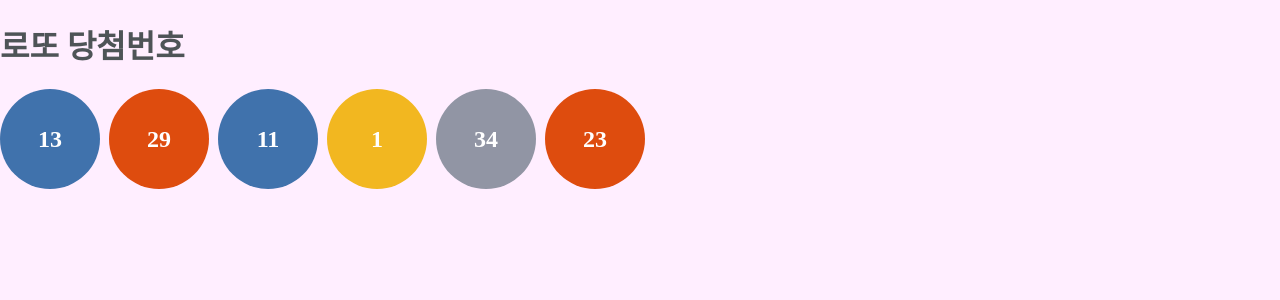
Repository: ssummini/Web
Page: JavaScript/src/main/webapp/practice/practice05.html
The author's editor kept a copy of each file at every save. The page is drawn from the files as they stood at one save, then again after the next save.
The browser window is 1280 px wide. The pictures show the whole page.

Above is the page before, as saved 2024-08-22 00:33:00.

After the next save:
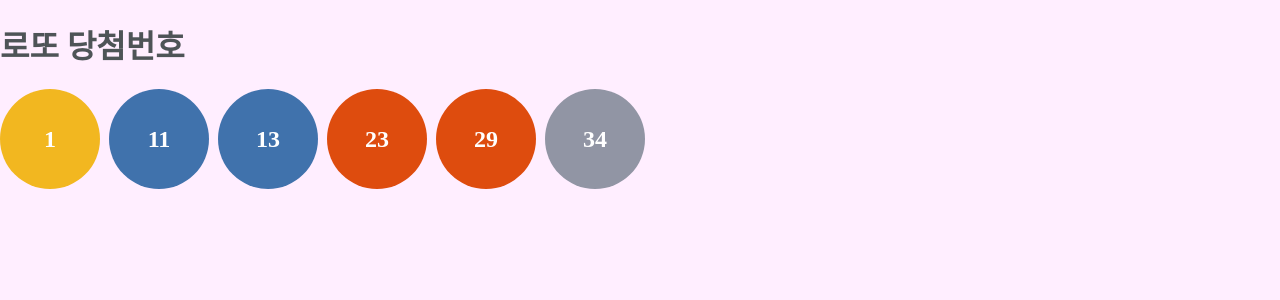
Saved 9 min 6 s later.
--- a/JavaScript/src/main/webapp/practice/practice05.html
+++ b/JavaScript/src/main/webapp/practice/practice05.html
@@ -64,6 +64,9 @@
 
 			lottoNumbers.push(number);
 		}
+		lottoNumbers.sort(function(a, b)  {
+			  return a - b;
+			});
 		return lottoNumbers;
 	}
 

After the 2 saves that followed:
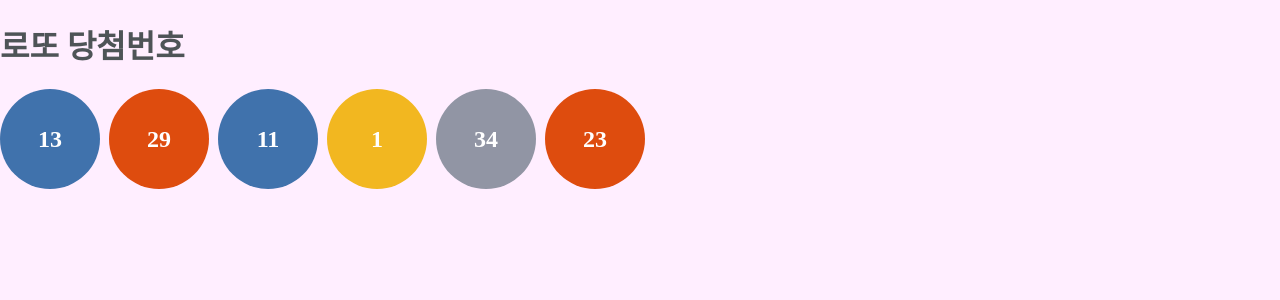
The 2 saves are shown as one change because 1 left the picture as it was.
The last was saved 4 min 30 s later.
--- a/JavaScript/src/main/webapp/practice/practice05.html
+++ b/JavaScript/src/main/webapp/practice/practice05.html
@@ -64,9 +64,11 @@
 
 			lottoNumbers.push(number);
 		}
-		lottoNumbers.sort(function(a, b)  {
+
+/* 		lottoNumbers.sort(function(a, b)  {
 			  return a - b;
-			});
+		}); */
+
 		return lottoNumbers;
 	}
 
